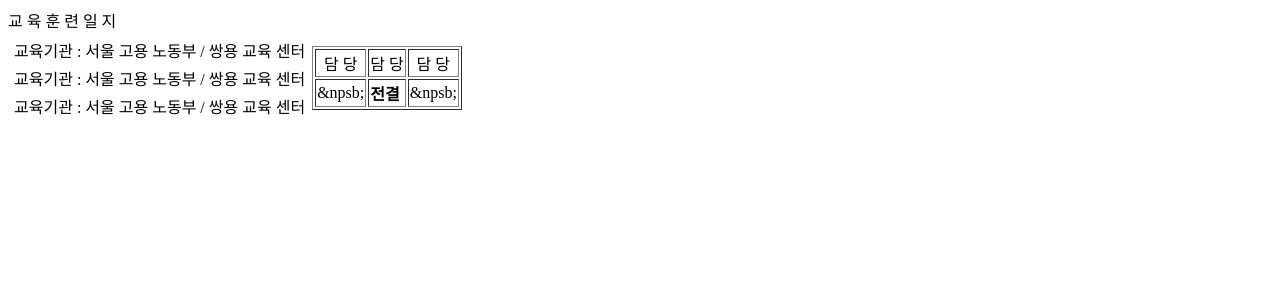
Repository: heoSuKyeong/client_Ssanyong
Page: ClientTest/src/main/webapp/html/q012.html
An editor plug-in stored every save of this project. The page is shown before and after the next save, followed by the edit.
The browser window is 1280 px wide. The pictures show the whole page.

Above is the page before, as saved 2023-09-21 03:11:52.

### ClientTest/src/main/webapp/html/q012.html
<!DOCTYPE html>
<html>
<head>
<meta charset="UTF-8">
<title>q012</title>
</head>
<body>

	<p1>교 육 훈 련 일 지</p1>

	<table>
		<tr>
			<td>
				<table>
					<tr>
						<td>교육기관 : 서울 고용 노동부 / 쌍용 교육 센터</td>
					</tr>
					<tr>
						<td>교육기관 : 서울 고용 노동부 / 쌍용 교육 센터</td>
					</tr>
					<tr>
						<td>교육기관 : 서울 고용 노동부 / 쌍용 교육 센터</td>
					</tr>

				</table>
			</td>
			<td>
				<table border="1">
					<tr>
						<td align="center">담 당</td>
						<td align="center">담 당</td>
						<td align="center">담 당</td>
					</tr>
					<tr>
						<td>&npsb;</td>
						<td><b>전결</b></td>
						<td>&npsb;</td>
					</tr>
				</table>
			</td>
		</tr>
	</table>


</body>
</html>

After the next save:
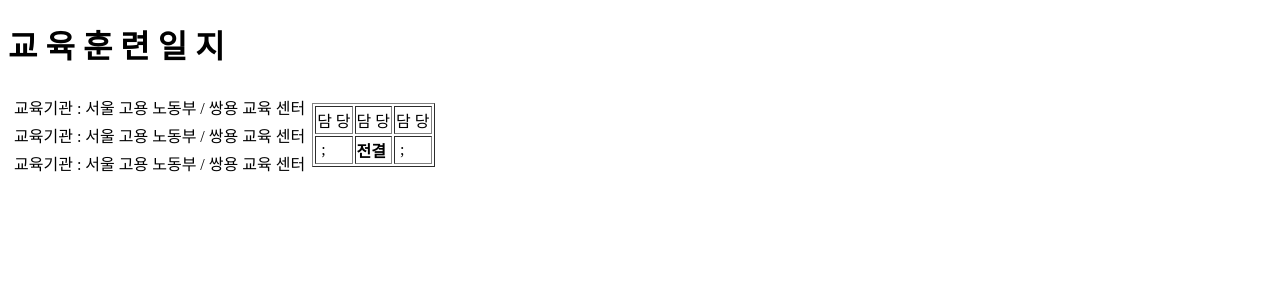
Saved 49 s later.
--- a/ClientTest/src/main/webapp/html/q012.html
+++ b/ClientTest/src/main/webapp/html/q012.html
@@ -6,7 +6,7 @@
 </head>
 <body>
 
-	<p1>교 육 훈 련 일 지</p1>
+	<h1>교 육 훈 련 일 지</h1>
 
 	<table>
 		<tr>
@@ -32,9 +32,9 @@
 						<td align="center">담 당</td>
 					</tr>
 					<tr>
-						<td>&npsb;</td>
+						<td>&nbsp;;</td>
 						<td><b>전결</b></td>
-						<td>&npsb;</td>
+						<td>&nbsp;;</td>
 					</tr>
 				</table>
 			</td>
